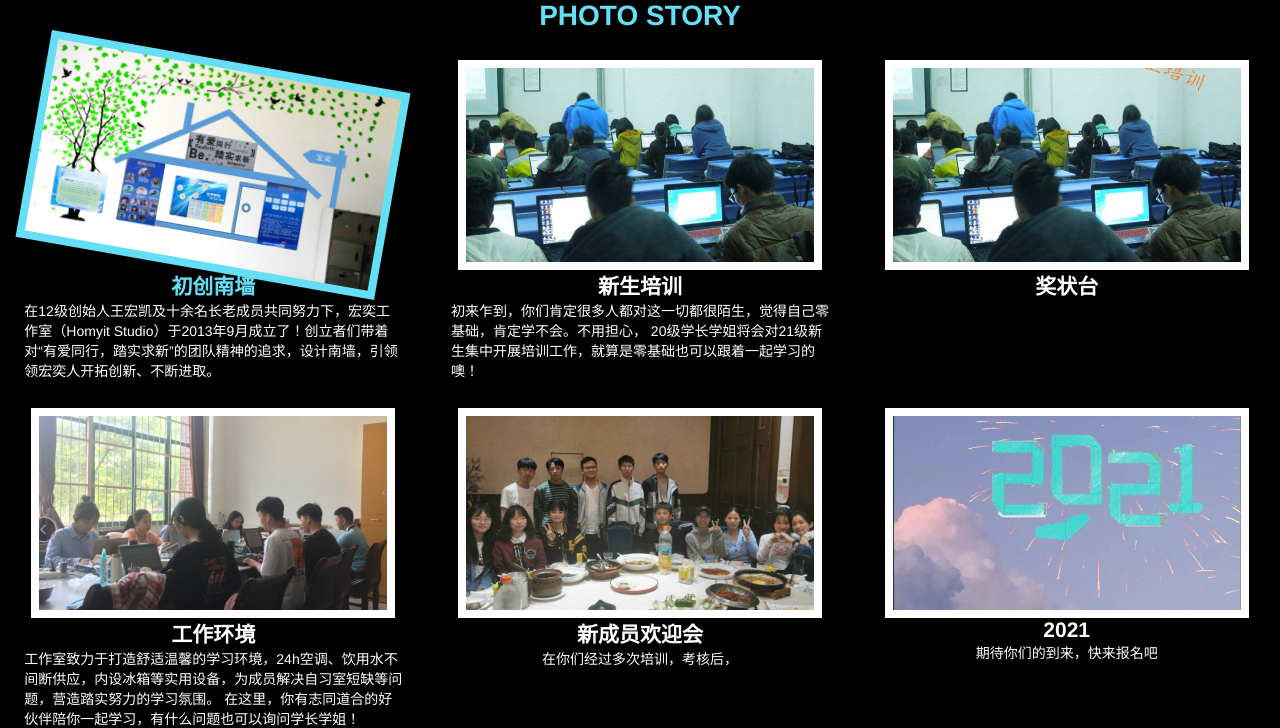
Repository: Homyit20/website
Page: /#/photo
These files come from the project's save history. The page is drawn as it stood at one moment and after the next save; the edit follows.
The browser window is 1280 px wide. The pictures show the whole page.
The project was rebuilt for these pictures with package versions that can differ from the ones it lists, and the page was loaded fresh each time. Also part of the build but not shown: vue.config.js.

Above is the page before, as saved 2021-08-10 19:50:23.

### public/index.html
<!DOCTYPE html>
<html lang="">
  <head>
    <meta charset="utf-8">
    <meta http-equiv="X-UA-Compatible" content="IE=edge">
    <meta name="viewport" content="width=device-width,initial-scale=1.0">
    <link rel="icon" href="<%= BASE_URL %>favicon.ico">
    <!-- <title><%= htmlWebpackPlugin.options.title %></title> -->
    <title><%= htmlWebpackPlugin.options.title %></title>
    <style>
      *{
        cursor: url("火箭.ico"),auto;
      }
      .body{
        overflow-x: hidden;
      }
    </style>
  </head>
  <body class="body">
    <noscript>
      <strong>We're sorry but <%= htmlWebpackPlugin.options.title %> doesn't work properly without JavaScript enabled. Please enable it to continue.</strong>
    </noscript>
    <div id="app"></div>
    <!-- built files will be auto injected -->
  </body>
</html>

### src/main.js
import Vue from 'vue'
import App from './App.vue'
import router from './router'
import store from './store'
// import VueCookies from 'vue-cookies'
// import axios from 'axios'
// import VueAxios from 'vue-axios'
import 'animate.css/animate.min.css'
// Vue.use(VueCookies)
// Vue.use(VueAxios, axios);

Vue.config.productionTip = false

new Vue({
  router,
  store,
  render: h => h(App),
}).$mount('#app')

//报名成功或者已报名才可进入二维码页面
router.beforeEach((to, from, next) => {
  //路由导航
  if (to.meta.islogin) {

    if (store.state.success == 1) {
      next()
    } else {
      next({
        path: from.path
      })
    }
  } else {

    if (to.meta.islogin) {
      if (store.state.success == 1) {
        next()
      } else {
        next({
          path: from.path
        })
      }
    } else {
      next()
    }
  }
})
window.onload = function(){
  document.title = "HOMYIT STUDIO"
}

### src/App.vue
<template>
  <div id="app">
    <router-view></router-view>
  </div>
</template>

<script>
// import NavBar from "./components/enter/enter.vue"
export default {
  name: "App"
};
</script>

<style>
* {
  margin: 0;
  padding: 0;
  box-sizing: border-box;
}
html {
  font-size: 14px;
}
#app {
  font-family: Avenir, Helvetica, Arial, sans-serif;
}
</style>

### src/router/index.js
import Vue from 'vue'
import VueRouter from 'vue-router'

Vue.use(VueRouter);

const routes = [
    {
        path: '/',
        redirect: '/enter',
        meta : {
            title : 'enter'
        }
    },
    {
        path: '/technique',
        component: () => import('../views/technique.vue'),
        meta : {
            title : 'technique'
        }
    },
    {
        path: '/develop',
        component: () => import('../views/develop.vue'),
        meta : {
            title : 'develop'
        }
    },
    {
        path: '/enter',
        component: () => import('../views/enter.vue'),
        meta : {
            title : 'enter'
        }
    },
    {
        path: '/login',
        component: () => import('../views/login.vue'),
        redirect: '/login/loginform',
        children: [{
            path: '/login/loginform',
            component: () => import('../components/content/loginform.vue'),
            meta : {
                title : 'login'
            }
        },
        {
            path: '/login/contact',
            component: () => import('../components/content/contact.vue'),
            meta: {
                islogin: true,
                title : 'contact'
            }
        }
        ]
    },
    {
        path: '/home',
        component: () => import('../views/Home.vue'),
        meta : {
            title : 'home'
        }
    }, {
        path: '/background',
        component: () => import('../views/background.vue'),
        meta : {
            title : 'background'
        }
    },
    {
        path : '/photo',
        component : () => import('../views/photo.vue')
    }
]

const router = new VueRouter({
    routes
})

export default router;

### src/store/index.js
import Vue from 'vue'
import Vuex from 'vuex'

Vue.use(Vuex)

const store = new Vuex.Store({
    state : {
        success : 0,
        isnav : false
    },
    mutations : {
        judge(state){
            state.success = 1
        }
    }
})

export default store;

### src/views/photo.vue
<template>
  <div class="photos-back">
    <h1>PHOTO STORY</h1>
    <div class="photo-content">
      <div class="photo-content-img">
        <img src="../assets/techlogin/images/南墙.png" class="photo-animate-one our-photo" @click="changephoto(0)">
        <h2 class="active-photo">初创南墙</h2>
        <p>在12级创始人王宏凯及十余名长老成员共同努力下，宏奕工作室（Homyit Studio）于2013年9月成立了！创立者们带着对“有爱同行，踏实求新”的团队精神的追求，设计南墙，引领领宏奕人开拓创新、不断进取。
        </p>
      </div>
      <div class="photo-content-img">
        <img src="../assets/techlogin/images/新生培训.png" class="our-photo" @click="changephoto(1)">
        <h2>新生培训</h2>
        <p>初来乍到，你们肯定很多人都对这一切都很陌生，觉得自己零基础，肯定学不会。不用担心，
          20级学长学姐将会对21级新生集中开展培训工作，就算是零基础也可以跟着一起学习的噢！</p>
      </div>
      <div class="photo-content-img">
        <img src="../assets/techlogin/images/新生培训.jpg" class="our-photo" @click="changephoto(2)">
        <h2>奖状台</h2>
        <p></p>
      </div>
      <div class="photo-content-img">
        <img src="../assets/techlogin/images/工作环境.png" class="our-photo" @click="changephoto(3)">
        <h2>工作环境</h2>
        <p>工作室致力于打造舒适温馨的学习环境，24h空调、饮用水不间断供应，内设冰箱等实用设备，为成员解决自习室短缺等问题，营造踏实努力的学习氛围。
          在这里，你有志同道合的好伙伴陪你一起学习，有什么问题也可以询问学长学姐！
        </p>
      </div>
      <div class="photo-content-img">
        <img src="../assets/techlogin/images/2020.jpg" class="our-photo" @click="changephoto(4)">
        <h2>新成员欢迎会</h2>
        <p>在你们经过多次培训，考核后，</p>
      </div>
      <div class="photo-content-img">
        <img src="../assets/techlogin/images/2021.png" @click="phototojoin()">
        <h2>2021</h2>
        <p>期待你们的到来，快来报名吧</p>
      </div>
    </div>
  </div>
</template>

<script>
  let photobefore = 0;
  export default {
    name : 'photo',
    methods:{
      changephoto(value){
        let ourphoto = document.getElementsByClassName('our-photo');
        let photoh2 = document.getElementsByTagName('h2');
        photoh2[value].style.color = '#65dff5';
        photoh2[photobefore].style.color = '#fff';
        ourphoto[0].classList.remove('photo-animate-one');
        ourphoto[photobefore].classList.remove('photo-animate-one');
        ourphoto[value].classList.add('photo-animate-one');
        photobefore = value;
      },
      phototojoin(){
      this.$router.push({
        path : '/login/loginform'
      })
    }
    }
  }
</script>

<style>
.photos-back{
  width: 100vw;
  background-color: #000;
  display: flex;
  flex-direction: column;
  align-items: center;
  color: #65dff5;
}
.photo-content{
  display: flex;
  justify-content: space-around;
  flex-wrap: wrap;
}
.photo-content-img{
  display: flex;
  flex-direction: column;
  align-items: center;
  width: 27rem;
  margin-top: 2rem;
  color: #fff;
}
.photo-content-img .active-photo{
  color: #65dff5;
}
.photo-content-img p{
  box-shadow: 1px 1px 3px #000;
}
.photo-content-img img{
  border: 8px solid #fff;
  width: 26rem;
  height: 15rem;
  object-fit: cover;
}
  .photo-content-img .photo-animate-one{
    border: 8px solid #65dff5;
    animation: photoone 2s infinite ease-in-out;
  }
/* 动画 */
@keyframes photoone {
  0%{
    transform: rotate(0deg);
  }
  50%{
    transform: rotate(10deg);
  }
  100%{
    transform: rotate(0deg);
  }
}


@media screen and (max-width : 800px){
  .photo-content{
    display: flex;
    flex-direction: column;
    align-items: center;
 }
 .photo-content-img{
   width: 23rem;
 }
   .photo-content-img img{
    width: 22rem;
    height: 12rem;
  }
}
@media screen and (min-width: 1500px){
  .photo-content-img{
    width: 35rem;
  }
  .photo-content-img img{
    width: 34rem;
    height: 20rem;
  }
}
</style>

After the next save:
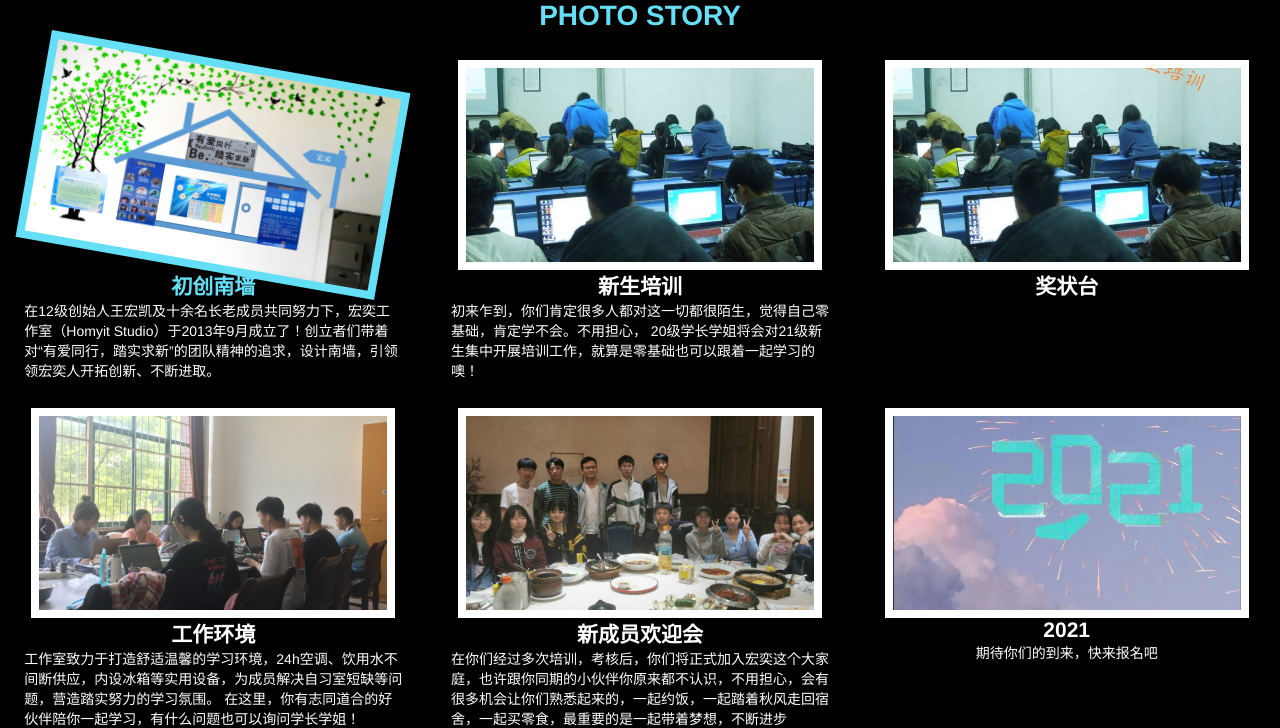
Saved 4 min 29 s later.
--- a/src/views/photo.vue
+++ b/src/views/photo.vue
@@ -29,7 +29,7 @@
       <div class="photo-content-img">
         <img src="../assets/techlogin/images/2020.jpg" class="our-photo" @click="changephoto(4)">
         <h2>新成员欢迎会</h2>
-        <p>在你们经过多次培训，考核后，</p>
+        <p>在你们经过多次培训，考核后，你们将正式加入宏奕这个大家庭，也许跟你同期的小伙伴你原来都不认识，不用担心，会有很多机会让你们熟悉起来的，一起约饭，一起踏着秋风走回宿舍，一起买零食，最重要的是一起带着梦想，不断进步</p>
       </div>
       <div class="photo-content-img">
         <img src="../assets/techlogin/images/2021.png" @click="phototojoin()">
